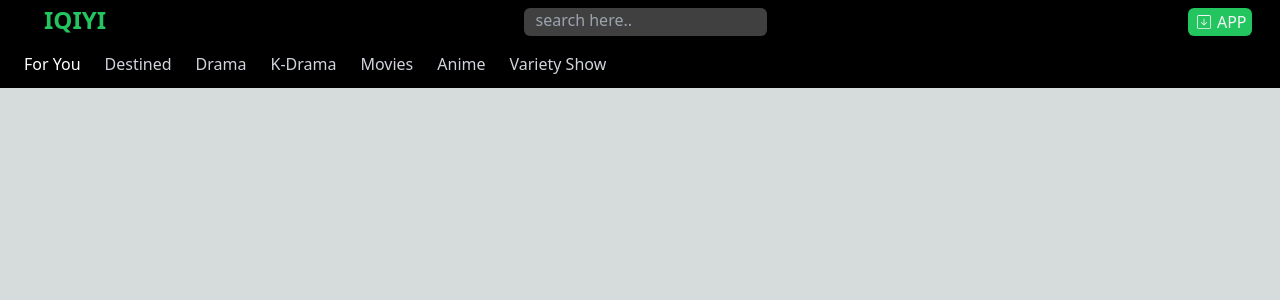
Repository: cozocozy/iqiyi-clone
Page: /
These files come from the project's save history. The page is drawn as it stood at one moment and after the next save; the edit follows.
The browser window is 1280 px wide. The pictures show the whole page.
The project was rebuilt for these pictures with package versions that can differ from the ones it lists, and the page was loaded fresh each time. The framework's server and built-in components were replaced by stand-ins that run in the browser. Also part of the build but not shown: next.config.js.

Above is the page before, as saved 2023-07-16 10:19:46.

### pages/index.tsx
import Head from "next/head";
import Header from "./components/Header";

export default function Home() {
  return (
    <main>
      <Head>
        <title>IQIYI - watch Asian drama shows anime movie free online</title>
        <meta name="description" content="CLONE OF IQIYI WEBSITE" />
      </Head>
      <Header />
    </main>
  );
}

### styles/globals.css
@tailwind base;
@tailwind components;
@tailwind utilities;

:root {
  --foreground-rgb: 0, 0, 0;
  --background-start-rgb: 214, 219, 220;
  --background-end-rgb: 255, 255, 255;
}

@media (prefers-color-scheme: dark) {
  :root {
    --foreground-rgb: 255, 255, 255;
    --background-start-rgb: 0, 0, 0;
    --background-end-rgb: 0, 0, 0;
  }
}
.container-snap::-webkit-scrollbar {
  display: none;
}

body {
  color: rgb(var(--foreground-rgb));
  background: linear-gradient(to bottom, transparent, rgb(var(--background-end-rgb))) rgb(var(--background-start-rgb));
}

@layer components {
  .pages {
    @apply hover:text-green-500;
  }
}

### pages/components/Header.tsx
import React from "react";
import { BsArrowDownSquare, BsSearch } from "react-icons/bs";
import { AiOutlineMenu } from "react-icons/ai";
import Link from "next/link";
type Props = {};

function Header({}: Props) {
  return (
    <div className="fixed top-0 z-50 bg-black w-full">
      <div className="flex justify-between items-center py-1 ">
        <div className="flex ml-4 lg:hidden">
          <AiOutlineMenu size={20} className="mt-2" />
          <h3 className="text-2xl text-green-500 font-bold ml-2 ">IQIYI</h3>
        </div>
        <div className="flex justify-center items-center mt-1 ">
          {/* <button className="absolute border-l border-gray-500 ml-60 p-1 px-4">
            <BsSearch />
          </button> */}
          <input className="rounded rounded-md bg-neutral-700 min-w-full  h-7 pl-3 pb-1" placeholder="search here.."></input>
        </div>
        <button className="flex flex-row mr-7 mt-1 rounded rounded-md w-16 h-7 mx-1 bg-green-500 text-gray-100 justify-evenly items-center">
          <div className="ml-1">
            <BsArrowDownSquare size={14} />
          </div>
          <p className="text-md">APP</p>
        </button>
      </div>
      <div className="flex flex-row  p-3 overflow-x-auto container-snap whitespace-nowrap space-x-6 ml-3 text-gray-300">
        <Link href="#" className="text-white pages">
          For You
        </Link>
        <Link href="#" className=" pages">
          Destined
        </Link>
        <Link href="#" className=" pages">
          Drama
        </Link>
        <Link href="#" className=" pages">
          K-Drama
        </Link>
        <Link href="#" className=" pages">
          Movies
        </Link>
        <Link href="#" className=" pages">
          Anime
        </Link>
        <Link href="#" className=" pages">
          Variety Show
        </Link>
      </div>
    </div>
  );
}

export default Header;

### tailwind.config.js
/** @type {import('tailwindcss').Config} */
module.exports = {
  content: ["./pages/**/*.{js,ts,jsx,tsx,mdx}", "./components/**/*.{js,ts,jsx,tsx,mdx}", "./app/**/*.{js,ts,jsx,tsx,mdx}"],
  theme: {
    extend: {
      backgroundImage: {
        "gradient-radial": "radial-gradient(var(--tw-gradient-stops))",
        "gradient-conic": "conic-gradient(from 180deg at 50% 50%, var(--tw-gradient-stops))",
      },
    },
    screens: {
      tablet: "<-640px",
      // => @media (min-width: 640px) { ... }

      laptop: "1024px",
      // => @media (min-width: 1024px) { ... }

      desktop: "1280px",
      // => @media (min-width: 1280px) { ... }
    },
  },
  plugins: [],
};

Loaded but not shown: pages/_app.tsx (common file); pages/_document.tsx (common file)

After the next save:
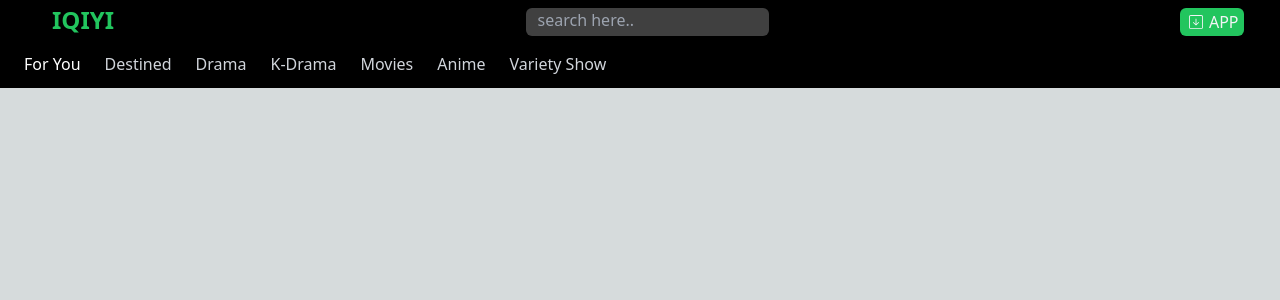
Saved 21 s later.
--- a/pages/components/Header.tsx
+++ b/pages/components/Header.tsx
@@ -7,7 +7,7 @@
 function Header({}: Props) {
   return (
     <div className="fixed top-0 z-50 bg-black w-full">
-      <div className="flex justify-between items-center py-1 ">
+      <div className="flex justify-between items-center py-1 mx-2 ">
         <div className="flex ml-4 lg:hidden">
           <AiOutlineMenu size={20} className="mt-2" />
           <h3 className="text-2xl text-green-500 font-bold ml-2 ">IQIYI</h3>
@@ -18,7 +18,7 @@
           </button> */}
           <input className="rounded rounded-md bg-neutral-700 min-w-full  h-7 pl-3 pb-1" placeholder="search here.."></input>
         </div>
-        <button className="flex flex-row mr-7 mt-1 rounded rounded-md w-16 h-7 mx-1 bg-green-500 text-gray-100 justify-evenly items-center">
+        <button className="flex flex-row mr-7 mt-1 rounded rounded-md w-16 h-7 bg-green-500 text-gray-100 justify-evenly items-center">
           <div className="ml-1">
             <BsArrowDownSquare size={14} />
           </div>
